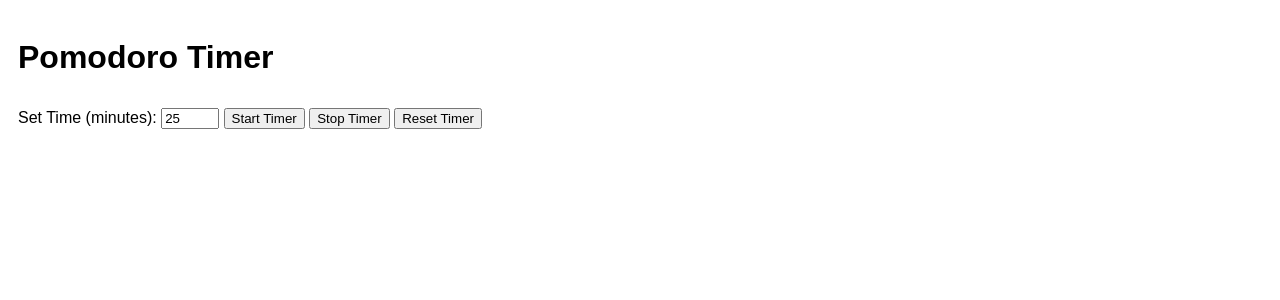
Repository: Prateek09102001/POMODORO-TIMER-UPDATEED-EXTENSIONS
Page: popup.html
The author's editor kept a copy of each file at every save. The page is drawn from the files as they stood at one save, then again after the next save.
The browser window is 1280 px wide. The pictures show the whole page.

Above is the page before, as saved 2024-09-30 18:49:44.

After the next save:
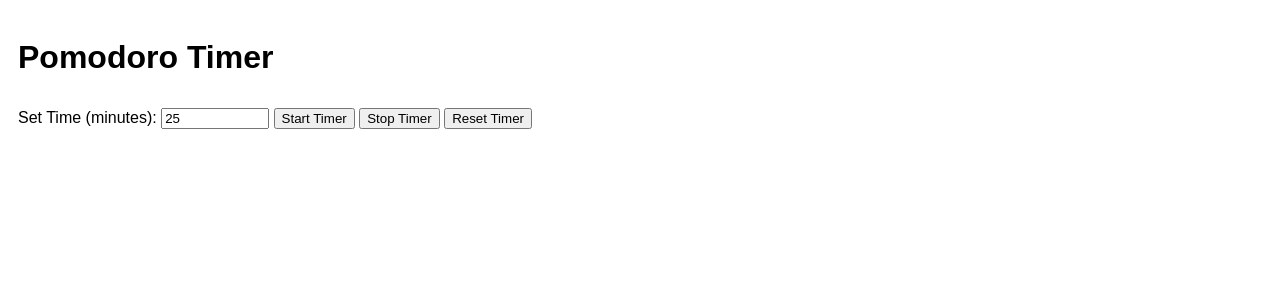
Saved 99 s later.
--- a/popup.html
+++ b/popup.html
@@ -6,7 +6,7 @@
     <title>Pomodoro Timer</title>
     <style>
         body { font-family: Arial, sans-serif; padding: 10px; }
-        input { width: 50px; }
+        input { width: 100px; }
         button { margin-top: 10px; }
     </style>
 </head>
